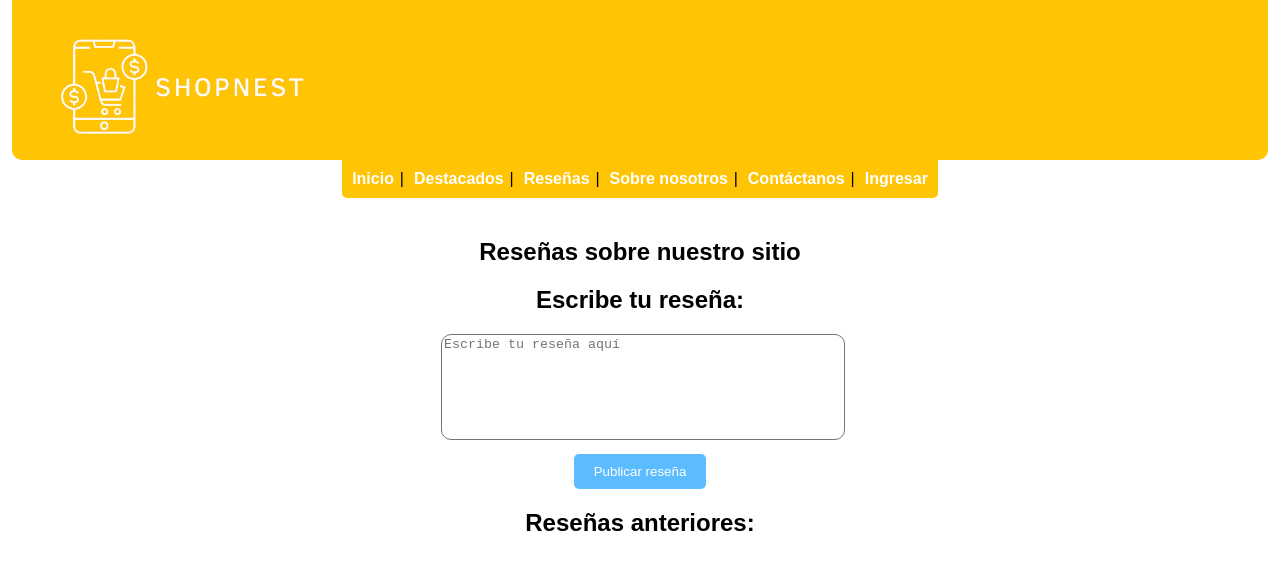
Repository: Regmalek07/ProyectoU
Page: resena.html
The author's editor kept a copy of each file at every save. The page is drawn from the files as they stood at one save, then again after the next save.
The browser window is 1280 px wide. The pictures show the whole page.

Above is the page before, as saved 2024-04-29 16:21:22.
Console error: ReferenceError: btIngresar is not defined

### resena.html
<!DOCTYPE html>
<html lang="es">
<head>
    <meta charset="UTF-8">
    <meta name="viewport" content="width=device-width, initial-scale=1.0">
    <title>Reseñas</title>
    <link rel="stylesheet" href="styles/styles5.css">
</head>
<body>
    <header>
        <div class="logo">
            <a href="home.html">
                <img src="images/Logo_1.png" alt="LogoShop">
            </a>
        </div>
        <nav>
            <button id="logout-button" onclick="logout()" style="display: none;">Cerrar sesión</button>
        </nav>
    </header>
    <div class="menu-container">
        <nav>
            <ul>
                <li><a href="home.html">Inicio</a><span>|</span></li>
                <li><a href="destacado.html">Destacados</a><span>|</span></li>
                <li><a href="resena.html">Reseñas</a><span>|</span></li>
                <li><a href="sobre_nosotros.html">Sobre nosotros</a><span>|</span></li>
                <li><a href="contacto.html">Contáctanos</a><span>|</span></li>
                <li class="menu">
                    <a>Ingresar</a>
                    <ul>
                        <li><a href="inicio_sesion.html">Iniciar Sesion</a></li>
                        <li><a href="registro.html">Regístrate</a></li>
                    </ul>
                </li>
            </ul>
        </nav>
    </div>
    <section class="reseñas">
        <h1>Reseñas sobre nuestro sitio</h1>
        <div class="reseña-form">
            <h2>Escribe tu reseña:</h2>
            <form action="#" method="POST" id="reseña-form">
                <textarea name="reseña" id="reseña" cols="30" rows="10" placeholder="Escribe tu reseña aquí" required></textarea>
                <button type="submit">Publicar reseña</button>
            </form>
        </div>
        <div class="reseñas-lista">
            <h2>Reseñas anteriores:</h2>
            <ul id="reseñas-lista">
                <!-- Aquí se cargarán dinámicamente las reseñas anteriores -->
            </ul>
        </div>
    </section>
    <footer>
    </footer>
    <script src="localsesion.js"></script>
</body>
</html>

### styles/styles5.css
body {
    font-family: Arial, sans-serif;
    margin: 0;
    padding: 0;
    display: flex;
    flex-direction: column;
    align-items: center;
}

h1 {
    text-align: center;
}

p {
    text-align: center;
}

header {
    background-color: #ffc403;
    padding: 20px;
    display: flex;
    justify-content: space-between;
    align-items: center;
    max-height: 120px;
    width: 95%;
    border-bottom-left-radius: 10px;
    border-bottom-right-radius: 10px;
}

button {
    background-color: #5BBCFF;
    color: #fff;
    padding: 10px 20px;
    border: none;
    border-radius: 5px;
    cursor: pointer;
}

.logo img {
    width: 300px;
}

.about-us {
    background-color: #f2f2f2;
    margin: 5% 0;
    padding: 20px;
    text-align: center;
    max-width: 800px;
}

.content {
    margin-top: 20px;
}

.menu-container {
    background-color: #ffc403; /* Color del encabezado */
    padding: 10px 0; /* Agrega un poco de espacio alrededor del menú */
    padding: 10px;
    border-left: 2px;
    border-right: 2px;
    border-bottom: 2px;
    border-bottom-left-radius: 5px;
    border-bottom-right-radius: 5px;
}

nav {
    margin-top: auto;

}

nav ul {
    list-style-type: none;
    margin: 0;
    padding: 0;
    display: flex;
    justify-content: center;
}

nav li {
    margin-right: 20px;
    position: relative;
}

nav li:last-child {
    margin-right: 0;
}

nav span {
    position: absolute;
    top: 50%;
    right: -10px;
    transform: translateY(-50%);
}

nav a {
    text-decoration: none;
    color: #fff;
    font-weight: bold;
}

nav a:hover {
    color: #105;
}

.menu {
    position: relative;
    text-align: center;
}

.menu ul {
    list-style-type: none;
    padding: 0;
    margin: 0;
    display: none; /* Oculta las opciones por defecto */
    position: absolute;
    left: 0;
    width: 150px;
    background-color: #ffc403; /* Color de fondo */
    border-radius: 5px; /* Redondea las esquinas */
}

.menu:hover ul {
    display: block; /* Muestra las opciones al pasar el ratón */
}

.menu ul li:first-child {
    border-top: none; /* Elimina el borde superior del primer elemento */
}

.menu ul li a {
    display: block;
    text-decoration: none;
    color: #fff; /* Color del texto */
    padding: 10px; /* Añade un relleno */
    width: 150px;
}

.menu ul li a:hover {
    color: #000; /* Cambia el color del texto al pasar el ratón */
}

.reseñas {
    text-align: center;
    padding: 20px;
}

.reseña-form {
    margin-bottom: 20px;
}

.reseña-form textarea {
    width: 100%;
    height: 100px;
    margin-bottom: 10px;
    border-radius: 10px;
    resize: none; /* Deshabilita la capacidad de redimensionar */
}

.reseñas-lista {
    margin-top: 20px;
}

.reseñas-lista ul {
    list-style: none;
    padding: 0;
    margin: 0;
}

.reseñas-lista li {
    background-color: #f2f2f2;
    border-radius: 5px;
    padding: 10px;
    margin-bottom: 10px;
}

### localsesion.js
// Función para cerrar sesión
function logout() {
    // Eliminar el estado de autenticación del almacenamiento local
    localStorage.removeItem("authenticated");
    // Redirigir al usuario al inicio de sesión
    window.location.href = "inicio_sesion.html";
}
document.addEventListener("DOMContentLoaded", function() {
    // Verificar el estado de autenticación al cargar la página
    var isAuthenticated = localStorage.getItem("authenticated");

    if (isAuthenticated) {
        // Si el usuario está autenticado, mostrar el botón de cierre de sesión
        document.getElementById("logout-button").style.display = "block";
    } else {
        // Si el usuario no está autenticado, ocultar el botón de cierre de sesión
        document.getElementById("logout-button").style.display = "none";
    }

    var btnIngresar = document.getElementById("btIngresar");

    if (isAuthenticated) {
        // Si el usuario está autenticado, ocultar el botón de Ingresar
        btIngresar.style.display = "none";
    } else {
        // Si el usuario no está autenticado, mostrar el botón de Ingresar
        btIngresar.style.display = "block";
    }
});

### resenas.js
// Función para cargar los datos del archivo JSON
function cargarDatos(callback) {
    var xhr = new XMLHttpRequest();
    xhr.overrideMimeType("application/json");
    xhr.open("GET", "datos.json", true);
    xhr.onreadystatechange = function() {
        if (xhr.readyState === 4 && xhr.status === 200) {
            var datos = JSON.parse(xhr.responseText);
            callback(datos);
        }
    };
    xhr.send(null);
}

// Función para guardar los datos en el archivo JSON
function guardarDatos(datos) {
    var xhr = new XMLHttpRequest();
    xhr.open("PUT", "datos.json", true);
    xhr.setRequestHeader("Content-Type", "application/json;charset=UTF-8");
    xhr.send(JSON.stringify(datos));
}

// Función para publicar una reseña
function publicarReseña(event) {
    event.preventDefault(); // Evitar que el formulario se envíe normalmente

    var reseñaText = document.getElementById("reseña-text").value;
    if (reseñaText.trim() === "") {
        alert("Por favor, escribe tu reseña antes de publicar.");
        return;
    }

    // Crear un objeto de reseña con la fecha actual
    var reseña = {
        texto: reseñaText,
        fecha: new Date().toLocaleString()
    };

    // Cargar los datos del archivo JSON
    cargarDatos(function(datos) {
        // Agregar la nueva reseña a la lista de reseñas en los datos cargados
        datos.resenas.push(reseña);

        // Guardar los datos actualizados en el archivo JSON
        guardarDatos(datos);

        // Actualizar la lista de reseñas en la interfaz
        mostrarReseñas(datos.resenas);
    });

    // Limpiar el textarea después de publicar la reseña
    document.getElementById("reseña-text").value = "";
}

// Función para mostrar las reseñas
function mostrarReseñas(reseñas) {
    var reseñasLista = document.getElementById("reseñas-lista");
    reseñasLista.innerHTML = ""; // Limpiar la lista antes de mostrar las reseñas

    reseñas.forEach(function(reseña) {
        var listItem = document.createElement("li");
        listItem.innerHTML = "<p><strong>" + reseña.fecha + "</strong>: " + reseña.texto + "</p>";
        reseñasLista.appendChild(listItem);
    });
}

document.addEventListener("DOMContentLoaded", function() {
    // Mostrar el formulario de reseña y el botón de publicar solo si el usuario está logueado (supongamos que esta lógica ya está implementada)
    var isAuthenticated = localStorage.getItem("authenticated");

    // Mostrar el formulario de reseña y el botón de publicar solo si el usuario está logueado
    var reseñaForm = document.getElementById("reseña-form-container");
    var publicarButton = document.getElementById("publicar-button");

    if (isAuthenticated) {
        reseñaForm.style.display = "block";
        publicarButton.style.display = "block";
    } else {
        reseñaForm.style.display = "none";
        publicarButton.style.display = "none";
    }

    // Cargar los datos del archivo JSON y mostrar las reseñas
    cargarDatos(function(datos) {
        mostrarReseñas(datos.resenas);
    });

    // Agregar el evento submit al formulario para publicar una reseña
    var formReseña = document.getElementById("form-reseña");
    formReseña.addEventListener("submit", publicarReseña);
});

### datos.json
{
  "usuarios": [

  ]
}

After the next save:
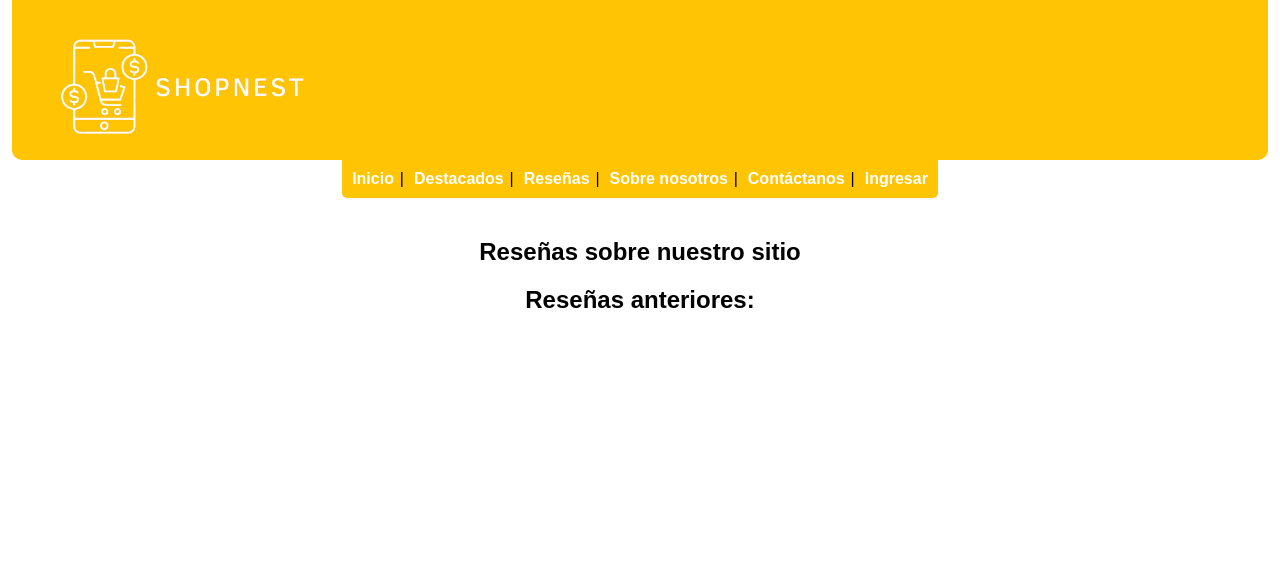
Saved 2 s later.
--- a/resena.html
+++ b/resena.html
@@ -37,22 +37,22 @@
     </div>
     <section class="reseñas">
         <h1>Reseñas sobre nuestro sitio</h1>
-        <div class="reseña-form">
+        <div class="reseña-form" id="reseña-form-container" style="display: none;">
             <h2>Escribe tu reseña:</h2>
-            <form action="#" method="POST" id="reseña-form">
-                <textarea name="reseña" id="reseña" cols="30" rows="10" placeholder="Escribe tu reseña aquí" required></textarea>
-                <button type="submit">Publicar reseña</button>
+            <form id="form-reseña">
+                <textarea id="reseña-text" name="reseña" cols="30" rows="10" placeholder="Escribe tu reseña aquí" required></textarea>
+                <button type="submit" id="publicar-button">Publicar reseña</button>
             </form>
         </div>
         <div class="reseñas-lista">
             <h2>Reseñas anteriores:</h2>
             <ul id="reseñas-lista">
-                <!-- Aquí se cargarán dinámicamente las reseñas anteriores -->
             </ul>
         </div>
     </section>
     <footer>
     </footer>
     <script src="localsesion.js"></script>
+    <script src="resenas.js"></script>
 </body>
 </html>
